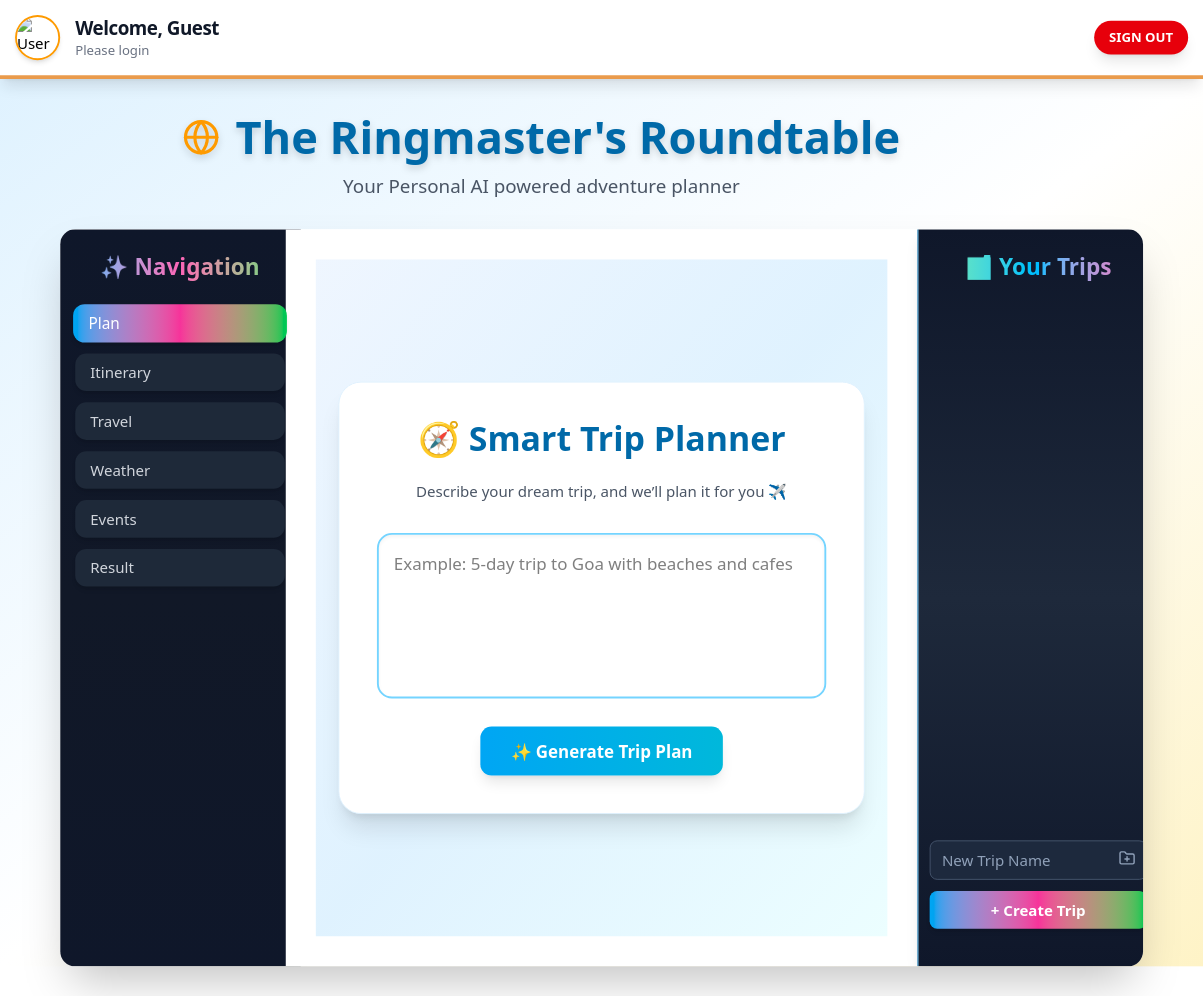
Repository: vega2006/The-Ringmaster-s-Roundtable
Page: /prompt (app in client/)
An editor plug-in stored every save of this project. The page is shown before and after the next save, followed by the edit.
The browser window is 1280 px wide. The pictures show the whole page, at 94% of full size.
The page's requests for data from a server got no answer. The project was rebuilt for these pictures with package versions that can differ from the ones it lists, and the page was loaded fresh each time. No one was signed in, and anything a server would have sent is missing. Also part of the build but not shown: client/vite.config.js, client/src/components/GoogleLogin.jsx, client/src/components/NotFound.jsx, client/src/components/Sidebar.jsx, client/src/components/PlanInput.jsx, client/src/components/WeatherContent.jsx, client/src/components/TravelContent.jsx, client/src/components/ItineraryContent.jsx and 8 more.

Above is the page before, as saved 2025-10-10 19:26:02.

### client/src/App.jsx


import { GoogleOAuthProvider } from "@react-oauth/google";
import GoogleLogin from "./components/GoogleLogin";
import { BrowserRouter, Route, Routes, Navigate } from 'react-router-dom';
import { useState } from 'react';
import RefreshHandler from './components/RefreshHandler';
import NotFound from './components/NotFound';
import Dashboard from "./pages/Dashboard";
import Home from "./pages/Home";
import AIDashboard from "./pages/AIDashboard";
export default function App() {
  const [isAuthenticated, setIsAuthenticated] = useState(false);

  const GoogleWrapper = () => (
    <GoogleOAuthProvider clientId="1054190178825-cc3eg87b9uvh9hfn384ge5sqe5hq9l5v.apps.googleusercontent.com">
      <GoogleLogin />
    </GoogleOAuthProvider>
  );

  const PrivateRoute = ({ element }) => {
    return isAuthenticated ? element : element;
  };

  return (
    <BrowserRouter>
      <RefreshHandler setIsAuthenticated={setIsAuthenticated} />
      <Routes>
        {/* Public route for the Home page, where users can sign in */}
        <Route path="/" element={<Home isAuthenticated={isAuthenticated} />} />

        {/* This is the login page. Redirect to home after login. */}
        <Route path="/login" element={<GoogleWrapper />} />

        {/* This is the protected dashboard route */}
        <Route path='/dashboard' element={<PrivateRoute element={<Dashboard />} />} />
         <Route path='/prompt' element={<PrivateRoute element={<AIDashboard />} />} />

        {/* Catch-all route for invalid URLs */}
        <Route path="*" element={<NotFound />} />
      </Routes>
    </BrowserRouter>
  );
}

### client/src/components/RefreshHandler.jsx
import React, { useEffect } from 'react';
import { useLocation, useNavigate } from 'react-router-dom';

function RefrshHandler({ setIsAuthenticated }) {
    const location = useLocation();
    const navigate = useNavigate();

    useEffect(() => {
        const data = localStorage.getItem('user-info');
        const token = JSON.parse(data)?.token;
        if (token) {
            setIsAuthenticated(true);
            if (location.pathname === '/' ||
                location.pathname === '/login'
            ) {
                navigate('/dashboard', { replace: false });
            }
        }
    }, [location, navigate, setIsAuthenticated])

    return (
        null
    )
}

export default RefrshHandler

### client/src/pages/AIDashboard.jsx
import { TripProvider } from "../contexts/TripContext";
import AppHeader from "../components/AppHeader";
import PromptBasedSidebar from "../components/PromptBasedSideBar";
import MainContent from "../components/MainContent";
import AIContentRouter from "../components/AIContentRouter";
import React, { useEffect, useState } from 'react'
import { useNavigate } from 'react-router-dom';
import RightSidebar from "../components/TabBar";
const AIDashboard = () => {

  const [userInfo, setUserInfo] = useState(null);
  const navigate = useNavigate();

  useEffect(() => {
    const data = localStorage.getItem('user-info');
    const userData = JSON.parse(data);
    setUserInfo(userData);
  }, [])

  const handleLogout = () => {
    localStorage.removeItem('user-info');
    navigate('/login');
  }


  return (
    <div>
      <div className="sticky top-0 z-10 bg-white shadow-lg p-3 sm:p-4 border-b-4 border-amber-600/70">
        <div className="max-w-7xl mx-auto flex justify-between items-center">

          {/* User Info Display */}
          <div className="flex items-center space-x-4">
            <img
              className="w-12 h-12 rounded-full object-cover shadow-md border-2 border-amber-500"
              src={userInfo?.image}
              alt={userInfo?.name || 'User'}
              onError={(e) => { e.target.onerror = null; e.target.src = "https://placehold.co/40x40/FFC107/333?text=?" }}
            />
            <div className="hidden sm:block">
              <h1 className="text-xl font-bold text-gray-900 tracking-tight">Welcome, {userInfo?.name || 'Guest'}</h1>
              <h3 className="text-sm text-gray-500">{userInfo?.email || 'Please login'}</h3>
            </div>
            <div className="sm:hidden text-lg font-bold text-gray-900">
              {userInfo?.name ? `Hello, ${userInfo.name.split(' ')[0]}!` : 'Hello!'}
            </div>
          </div>

          {/* Logout Button (Stylized and positioned on the right) */}
          <button
            onClick={handleLogout}
            className="px-4 py-2 bg-red-600 text-white font-semibold rounded-full shadow-lg hover:bg-red-700
                                   transition duration-150 transform hover:scale-[1.02] active:scale-95
                                   focus:outline-none focus:ring-4 focus:ring-red-300 uppercase text-sm"
          >
            Sign Out
          </button>
        </div>
      </div>

      <TripProvider>

        <div className="min-h-screen bg-gradient-to-br from-sky-100 via-white to-amber-100 font-inter">
          <AppHeader />
          <div className="max-w-6xl mx-auto grid grid-cols-1 md:grid-cols-[240px_1fr_240px] bg-white shadow-2xl rounded-2xl overflow-hidden mt-4 mb-8">
            <PromptBasedSidebar />  {/* Left Sidebar */}

            <MainContent>
              <AIContentRouter />
            </MainContent>        {/* Main content */}

            <RightSidebar userId={userInfo?.id} /> {/* Right Sidebar */}
          </div>

        </div>
      </TripProvider>

    </div>
  )
}
export default AIDashboard

### client/src/api/api.jsx
import axios from "axios";

const API_BASE = `${import.meta.env.VITE_BACKEND_URL}/api`;


const api = axios.create({
    baseURL: "http://localhost:4000/auth/",
    // withCredentials: true,
});

export const googleAuth = (code) => api.get(`/google?code=${code}`);


export const getWeather = (city, travelDate) =>
  axios.get(`${API_BASE}/weather?city=${encodeURIComponent(city)}&travelDate=${encodeURIComponent(travelDate)}`);
;

export const getRoute = (origin, destination, travelDate) =>
  axios.get(`${API_BASE}/maps?origin=${encodeURIComponent(origin)}&destination=${encodeURIComponent(destination)}&travelDate=${encodeURIComponent(travelDate)}`);


export const getEvents = (destination, startTravelDate, endTravelDate) =>
  axios.get(`${API_BASE}/events`, {
    params: {
      city: destination,
      startDate: startTravelDate,
      endDate: endTravelDate,
    },
  });

export const getTripBudget = async (payload) => {
  // console.log(payload);
  return axios.post(`${API_BASE}/budget`, payload);
};


export const getItinerary = async (destination,startDate, endDate) => {
  return axios.post(`${API_BASE}/itinerary/generate`, {
      destination,
      startDate,
      endDate,
    });
};

### client/src/components/AppHeader.jsx
import React from 'react';
import { Globe } from 'lucide-react';

const AppHeader = () => (
    <div className="w-full max-w-6xl text-center pt-8 pb-4">
        <h1 className="text-4xl sm:text-5xl font-extrabold text-sky-700 drop-shadow-lg leading-tight flex items-center justify-center">
            <Globe className="w-8 h-8 sm:w-10 sm:h-10 mr-4 text-amber-500" />
            The Ringmaster's Roundtable
        </h1>
        <p className="text-center text-lg sm:text-xl text-gray-600 mt-2">Your Personal AI powered adventure planner</p>
    </div>
);

export default AppHeader;

### client/src/components/MainContent.jsx
export default function MainContent({ children }) {
  return (
    <main className="p-8 bg-white overflow-y-auto">
      {children}
    </main>
  );
}

### client/src/components/PlanByPrompt.jsx
import { useState } from "react";
import { useTrip } from "../contexts/TripContext";

// Helper function to get the current date in YYYY-MM-DD format (required for HTML date input min)
const getTodayDate = () => {
  const today = new Date();
  const year = today.getFullYear();
  const month = String(today.getMonth() + 1).padStart(2, '0');
  const day = String(today.getDate()).padStart(2, '0');
  return `${year}-${month}-${day}`;
};
export default function PlanByPrompt() {
  const [prompt, setPrompt] = useState("");
  const [isLoading, setIsLoading] = useState(false);
  const [result, setResult] = useState(null);
 const userData = JSON.parse(localStorage.getItem("user-info"));
  const userId = userData?.userId;
  const {activeTab, setActiveTab,
    manualRoute,origin,
       events,setEvents,
        setOrigin,
        destination,
        setDestination,
        setManualRoute,manualWeather,setManualWeather,AIResult,setAIResult,itinerary,setItinerary,tabId}=useTrip();
  const generate = async () => {
    if (!prompt.trim()) {
      alert("Please describe your trip before generating!");
      return;
    }

    setIsLoading(true);
    try {
        console.log("tabId",tabId);
      const response = await fetch("http://localhost:4000/api/mcp-server", {
        method: "POST",
        headers: { "Content-Type": "application/json" },
        body: JSON.stringify({ prompt , userId,tripId:tabId }),
      });

      const data = await response.json();
      console.log("data",data);
      await setOrigin(data.trip.origin);
      await setDestination(data.trip.destination);
      setManualWeather(data.trip.weather);
      setItinerary(data.trip.itinerary);
    await setManualRoute({
  origin,
  destination,
  routes: data.trip.route// entire object returned from backend
});
      setActiveTab("Result");
      setEvents(data.trip.events);
      setAIResult(data.trip.finalResponse.kwargs.content);
    } catch (err) {
      console.error("Error generating trip plan:", err);
      alert("Failed to generate trip plan. Please try again.");
    } finally {
      setIsLoading(false);
    }
  };

  return (
    <div className="min-h-screen bg-gradient-to-br from-blue-50 via-sky-100 to-cyan-50 flex flex-col items-center justify-center p-6">
      <div className="w-full max-w-3xl bg-white rounded-3xl shadow-xl p-10 border border-sky-100">
        {/* Header */}
        <h1 className="text-4xl font-extrabold text-sky-700 text-center mb-6">
          🧭 Smart Trip Planner
        </h1>
        <p className="text-gray-600 text-center mb-8">
          Describe your dream trip, and we’ll plan it for you ✈️
        </p>

        {/* Prompt Input */}
        <textarea
          placeholder="Example: 5-day trip to Goa with beaches and cafes"
          value={prompt}
          onChange={(e) => setPrompt(e.target.value)}
          rows="5"
          className="w-full p-4 border-2 border-sky-300 rounded-2xl shadow-inner focus:ring-2 focus:ring-sky-500 outline-none text-lg resize-none transition-all duration-200"
        />

        {/* Generate Button */}
        <div className="flex justify-center mt-6">
          <button
            onClick={generate}
            disabled={isLoading}
            className={`px-8 py-3 text-lg font-semibold text-white rounded-xl shadow-lg transition-all duration-300 ${
              isLoading
                ? "bg-sky-400 cursor-not-allowed"
                : "bg-gradient-to-r from-sky-500 to-cyan-500 hover:from-sky-600 hover:to-cyan-600"
            }`}
          >
            {isLoading ? "Planning..." : "✨ Generate Trip Plan"}
          </button>
        </div>


      </div>
    </div>
  );
}

### client/src/components/PromptBasedSideBar.jsx
import { useTrip } from "../contexts/TripContext";
import { TABS } from "../utils/PromptBasedConstants";

export default function PromptBasedSidebar() {
  const { activeTab, setActiveTab, isResultAvailable } = useTrip();

  return (
    <aside className="bg-gradient-to-b from-[#0f172a] via-[#111827] to-[#0f172a] border-r border-gray-800 py-6 px-4 w-64 flex flex-col shadow-xl overflow-y-auto scrollbar-thin scrollbar-thumb-sky-600 scrollbar-track-sky-900">
      <h2 className="text-2xl font-semibold mb-6 text-center text-transparent bg-clip-text bg-gradient-to-r from-sky-400 via-pink-400 to-green-400">
        ✨ Navigation
      </h2>

      <nav className="flex flex-col space-y-3">
        {TABS.map((tab) => {
          const isDisabled = tab !== "Plan" && !isResultAvailable;
          const isActive = activeTab === tab;

          return (
            <button
              key={tab}
              disabled={isDisabled}
              onClick={() => !isDisabled && setActiveTab(tab)}
              className={`px-4 py-2 rounded-xl font-medium text-left transition-all duration-300 shadow-md
                ${
                  isActive
                    ? "bg-gradient-to-r from-sky-500 via-pink-500 to-green-500 text-white shadow-lg scale-[1.02]"
                    : "bg-gray-800 text-gray-300 hover:bg-gradient-to-r hover:from-sky-900 hover:via-pink-900 hover:to-green-900 hover:text-white"
                }
                ${isDisabled ? "opacity-50 cursor-not-allowed" : ""}
              `}
            >
              {tab}
            </button>
          );
        })}
      </nav>
    </aside>
  );
}

### client/src/components/AIContentRouter.jsx
import { useTrip } from "../contexts/TripContext";
import PlanByPrompt from "./PlanByPrompt";
import WeatherContent from "./WeatherContent";
import TravelContent from "./TravelContent";
import PromptBasedItinerary from "./PromptBasedItinerary";
import BudgetContent from "./BudgetContent";
import PromptBasedEvents from "./PromptBasedEvents";
import AIresult from "./AIresult";
export default function AIContentRouter() {
  const { activeTab } = useTrip();

  switch (activeTab) {
    case "Plan": return <PlanByPrompt/>;
    case "Result": return <AIresult/>;
    case "Weather": return <WeatherContent />;
    case "Travel": return <TravelContent />;
    case "Itinerary": return <PromptBasedItinerary/>;
    case "Budget": return <BudgetContent />;
    case "Events": return < PromptBasedEvents/>;
    default: return <PlanInput />;
  }
}

### client/src/utils/constants.jsx
export const API_KEY = "";
export const API_URL = `https://generativelanguage.googleapis.com/v1beta/models/gemini-2.5-flash-preview-05-20:generateContent?key=${API_KEY}`;

export const TABS = ["Plan", "Itinerary", "Budget", "Travel", "Weather", "Events","Result"];

export const RESPONSE_SCHEMA = {
  type: "OBJECT",
  properties: {
    destination: { type: "STRING" },
    duration_days: { type: "NUMBER" },
    summary: { type: "STRING" },
    itinerary: {
      type: "ARRAY",
      items: {
        type: "OBJECT",
        properties: {
          day: { type: "NUMBER" },
          date: { type: "STRING" },
          activities: { type: "ARRAY", items: { type: "STRING" } },
        },
      },
    },
  },
};

### client/src/utils/PromptBasedConstants.jsx
export const API_KEY = "";
export const API_URL = `https://generativelanguage.googleapis.com/v1beta/models/gemini-2.5-flash-preview-05-20:generateContent?key=${API_KEY}`;

export const TABS = ["Plan", "Itinerary","Travel", "Weather", "Events","Result"];

export const RESPONSE_SCHEMA = {
  type: "OBJECT",
  properties: {
    destination: { type: "STRING" },
    duration_days: { type: "NUMBER" },
    summary: { type: "STRING" },
    itinerary: {
      type: "ARRAY",
      items: {
        type: "OBJECT",
        properties: {
          day: { type: "NUMBER" },
          date: { type: "STRING" },
          activities: { type: "ARRAY", items: { type: "STRING" } },
        },
      },
    },
  },
};

Loaded but not shown: client/index.html (common file); client/src/main.jsx (common file); client/src/index.css (common file); client/src/components/TabBar.jsx (186 lines, source omitted); client/src/contexts/TripContext.jsx (197 lines, source omitted)

After the next save:
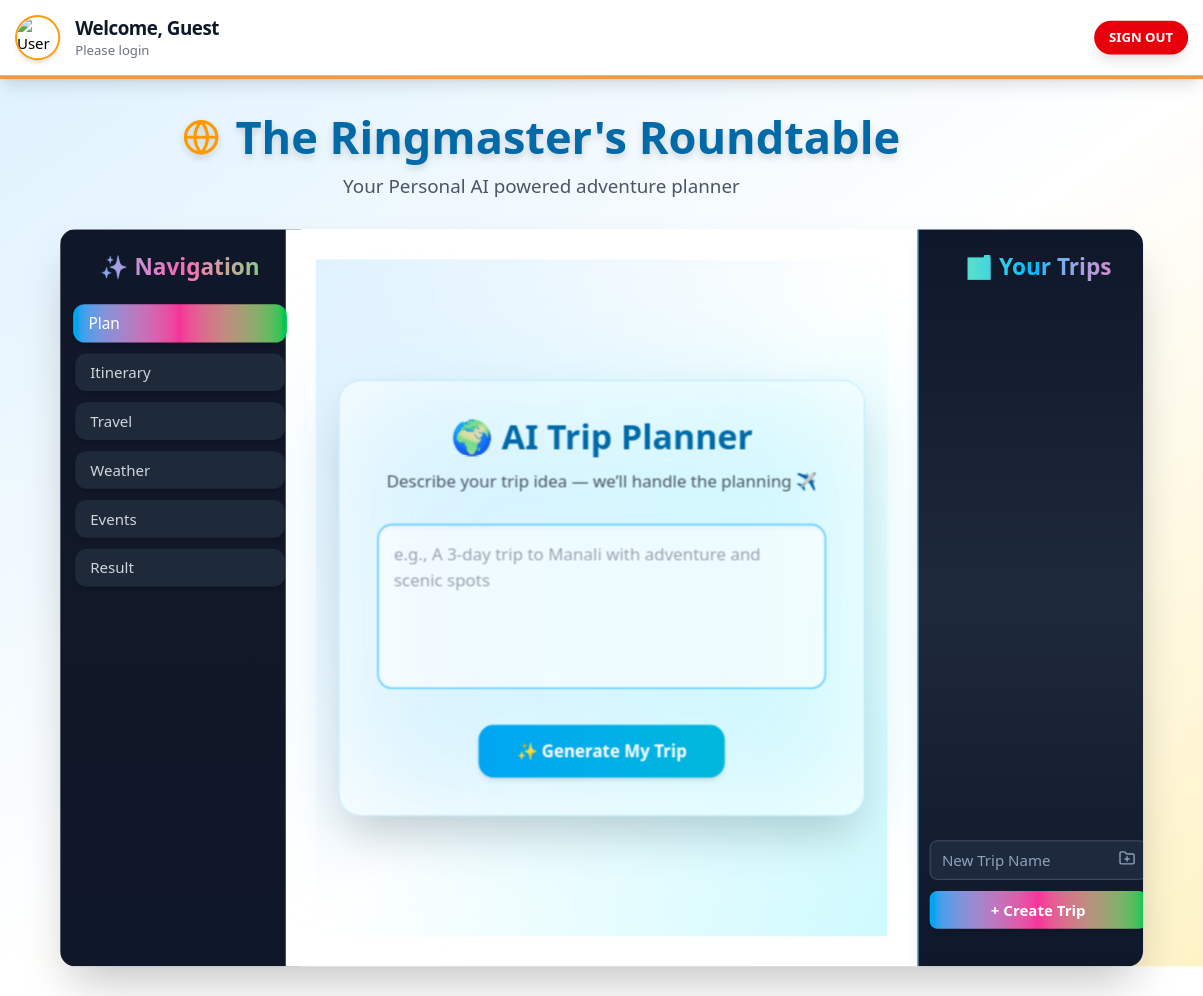
Saved 105 s later.
--- a/client/src/components/PlanByPrompt.jsx
+++ b/client/src/components/PlanByPrompt.jsx
@@ -1,27 +1,33 @@
 import { useState } from "react";
 import { useTrip } from "../contexts/TripContext";
+import { motion } from "framer-motion";
 
-// Helper function to get the current date in YYYY-MM-DD format (required for HTML date input min)
 const getTodayDate = () => {
   const today = new Date();
   const year = today.getFullYear();
-  const month = String(today.getMonth() + 1).padStart(2, '0');
-  const day = String(today.getDate()).padStart(2, '0');
+  const month = String(today.getMonth() + 1).padStart(2, "0");
+  const day = String(today.getDate()).padStart(2, "0");
   return `${year}-${month}-${day}`;
 };
+
 export default function PlanByPrompt() {
   const [prompt, setPrompt] = useState("");
   const [isLoading, setIsLoading] = useState(false);
-  const [result, setResult] = useState(null);
- const userData = JSON.parse(localStorage.getItem("user-info"));
+  const {
+    setActiveTab,
+    setOrigin,
+    setDestination,
+    setManualWeather,
+    setItinerary,
+    setManualRoute,
+    setEvents,
+    setAIResult,
+    tabId
+  } = useTrip();
+
+  const userData = JSON.parse(localStorage.getItem("user-info"));
   const userId = userData?.userId;
-  const {activeTab, setActiveTab,
-    manualRoute,origin,
-       events,setEvents,
-        setOrigin,
-        destination,
-        setDestination,
-        setManualRoute,manualWeather,setManualWeather,AIResult,setAIResult,itinerary,setItinerary,tabId}=useTrip();
+
   const generate = async () => {
     if (!prompt.trim()) {
       alert("Please describe your trip before generating!");
@@ -30,27 +36,25 @@ export default function PlanByPrompt() {
 
     setIsLoading(true);
     try {
-        console.log("tabId",tabId);
       const response = await fetch("http://localhost:4000/api/mcp-server", {
         method: "POST",
         headers: { "Content-Type": "application/json" },
-        body: JSON.stringify({ prompt , userId,tripId:tabId }),
+        body: JSON.stringify({ prompt, userId, tripId: tabId }),
       });
 
       const data = await response.json();
-      console.log("data",data);
-      await setOrigin(data.trip.origin);
-      await setDestination(data.trip.destination);
+      setOrigin(data.trip.origin);
+      setDestination(data.trip.destination);
       setManualWeather(data.trip.weather);
       setItinerary(data.trip.itinerary);
-    await setManualRoute({
-  origin,
-  destination,
-  routes: data.trip.route// entire object returned from backend
-});
-      setActiveTab("Result");
+      setManualRoute({
+        origin: data.trip.origin,
+        destination: data.trip.destination,
+        routes: data.trip.route,
+      });
       setEvents(data.trip.events);
       setAIResult(data.trip.finalResponse.kwargs.content);
+      setActiveTab("Result");
     } catch (err) {
       console.error("Error generating trip plan:", err);
       alert("Failed to generate trip plan. Please try again.");
@@ -60,42 +64,52 @@ export default function PlanByPrompt() {
   };
 
   return (
-    <div className="min-h-screen bg-gradient-to-br from-blue-50 via-sky-100 to-cyan-50 flex flex-col items-center justify-center p-6">
-      <div className="w-full max-w-3xl bg-white rounded-3xl shadow-xl p-10 border border-sky-100">
+    <div className="min-h-screen flex items-center justify-center bg-gradient-to-br from-sky-100 via-white to-cyan-100 p-6">
+      <motion.div
+        initial={{ opacity: 0, y: 40 }}
+        animate={{ opacity: 1, y: 0 }}
+        transition={{ duration: 0.6, ease: "easeOut" }}
+        className="relative w-full max-w-3xl rounded-3xl shadow-2xl bg-white/80 backdrop-blur-md border border-sky-200 p-10"
+      >
         {/* Header */}
-        <h1 className="text-4xl font-extrabold text-sky-700 text-center mb-6">
-          🧭 Smart Trip Planner
+        <h1 className="text-4xl font-extrabold text-sky-700 text-center mb-3">
+          🌍 AI Trip Planner
         </h1>
-        <p className="text-gray-600 text-center mb-8">
-          Describe your dream trip, and we’ll plan it for you ✈️
+        <p className="text-gray-600 text-center mb-8 text-lg">
+          Describe your trip idea — we’ll handle the planning ✈️
         </p>
 
-        {/* Prompt Input */}
-        <textarea
-          placeholder="Example: 5-day trip to Goa with beaches and cafes"
+        {/* Prompt Box */}
+        <motion.textarea
+          whileFocus={{ scale: 1.02 }}
+          placeholder="e.g., A 3-day trip to Manali with adventure and scenic spots"
           value={prompt}
           onChange={(e) => setPrompt(e.target.value)}
           rows="5"
-          className="w-full p-4 border-2 border-sky-300 rounded-2xl shadow-inner focus:ring-2 focus:ring-sky-500 outline-none text-lg resize-none transition-all duration-200"
+          className="w-full p-4 rounded-2xl border-2 border-sky-300 shadow-inner focus:ring-2 focus:ring-sky-500 outline-none text-lg resize-none bg-white/60 transition-all duration-200 placeholder-gray-400"
         />
 
         {/* Generate Button */}
-        <div className="flex justify-center mt-6">
-          <button
+        <div className="flex justify-center mt-8">
+          <motion.button
+            whileHover={{ scale: 1.05 }}
+            whileTap={{ scale: 0.97 }}
             onClick={generate}
             disabled={isLoading}
-            className={`px-8 py-3 text-lg font-semibold text-white rounded-xl shadow-lg transition-all duration-300 ${
-              isLoading
-                ? "bg-sky-400 cursor-not-allowed"
-                : "bg-gradient-to-r from-sky-500 to-cyan-500 hover:from-sky-600 hover:to-cyan-600"
-            }`}
+            className={`px-10 py-3.5 text-lg font-semibold text-white rounded-2xl shadow-md transition-all duration-300
+              ${
+                isLoading
+                  ? "bg-sky-400 cursor-not-allowed"
+                  : "bg-gradient-to-r from-sky-500 to-cyan-500 hover:shadow-sky-300 hover:shadow-lg"
+              }`}
           >
-            {isLoading ? "Planning..." : "✨ Generate Trip Plan"}
-          </button>
+            {isLoading ? "Planning your adventure..." : "✨ Generate My Trip"}
+          </motion.button>
         </div>
 
-
-      </div>
+        {/* Decorative Glow */}
+        <div className="absolute -z-10 inset-0 rounded-3xl blur-3xl opacity-50 bg-gradient-to-r from-sky-200 to-cyan-200"></div>
+      </motion.div>
     </div>
   );
 }
